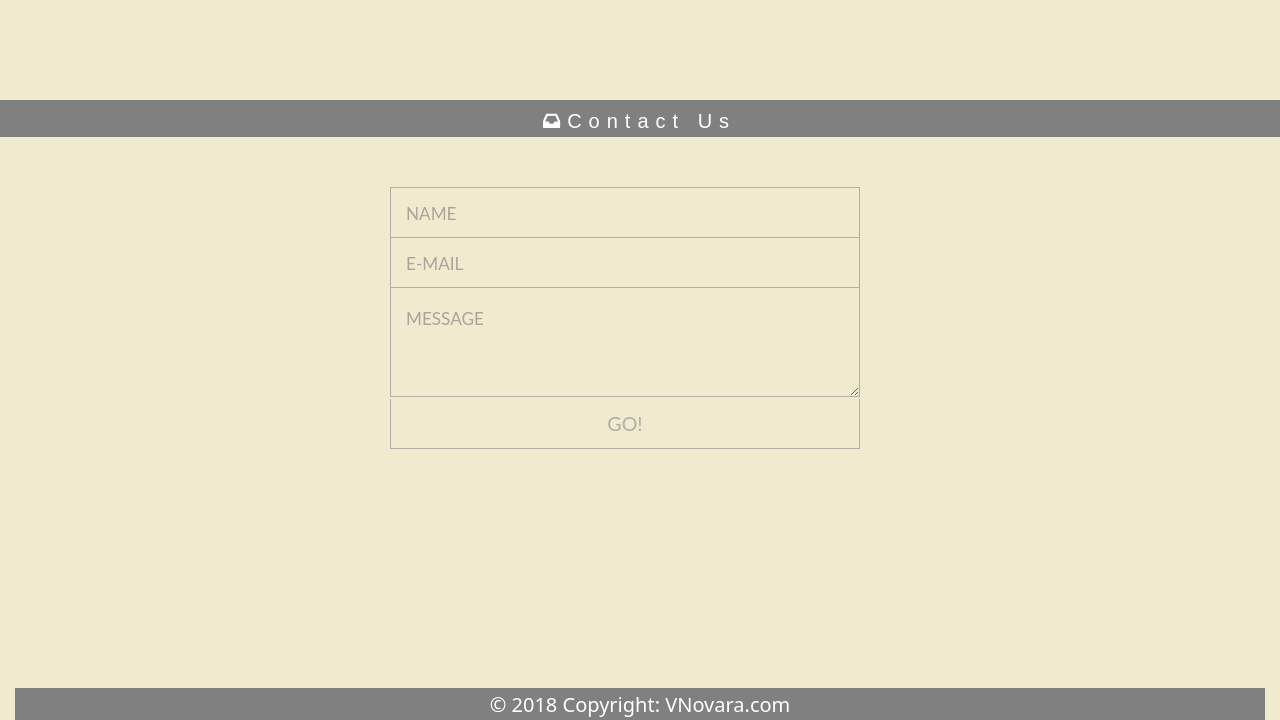
Repository: valenovi76/DeliveryExcellence
Page: contact.html
The author's editor kept a record of every edit. The page is drawn from the files as they stood at one moment, then again after the next edit.
The browser window is 1280 px wide. The pictures show the whole page.

Above is the page before.

After the next edit:
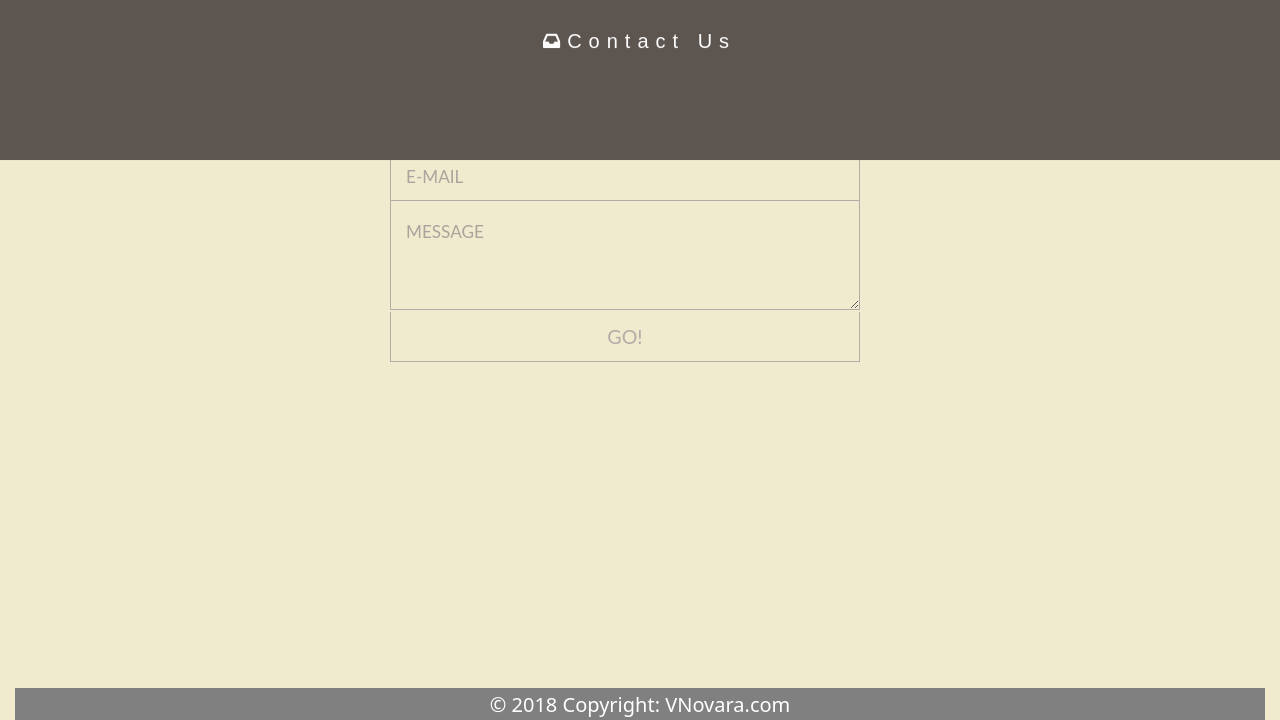
The edit:
--- a/assets/style.css
+++ b/assets/style.css
@@ -303,7 +303,7 @@
   padding: 0 1em;
 }
   .page {padding: 4em 1em;
-    p:first-of-type {font-weight: 700;}
+    p:first-of-type {font-weight: 700;
   }
 }
 

After the edit that followed:
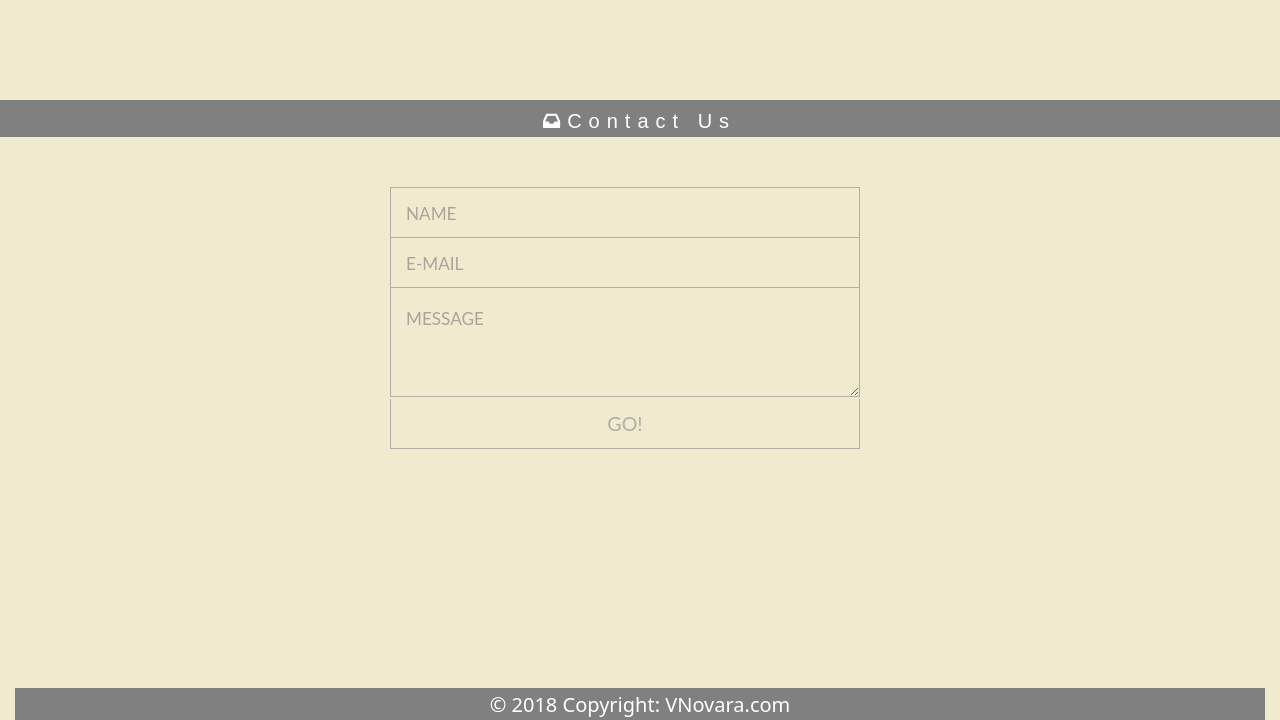
The edit:
--- a/assets/style.css
+++ b/assets/style.css
@@ -305,7 +305,7 @@
   .page {padding: 4em 1em;
     p:first-of-type {font-weight: 700;
   }
-}
+
 
 .contact {
   position: absolute;
